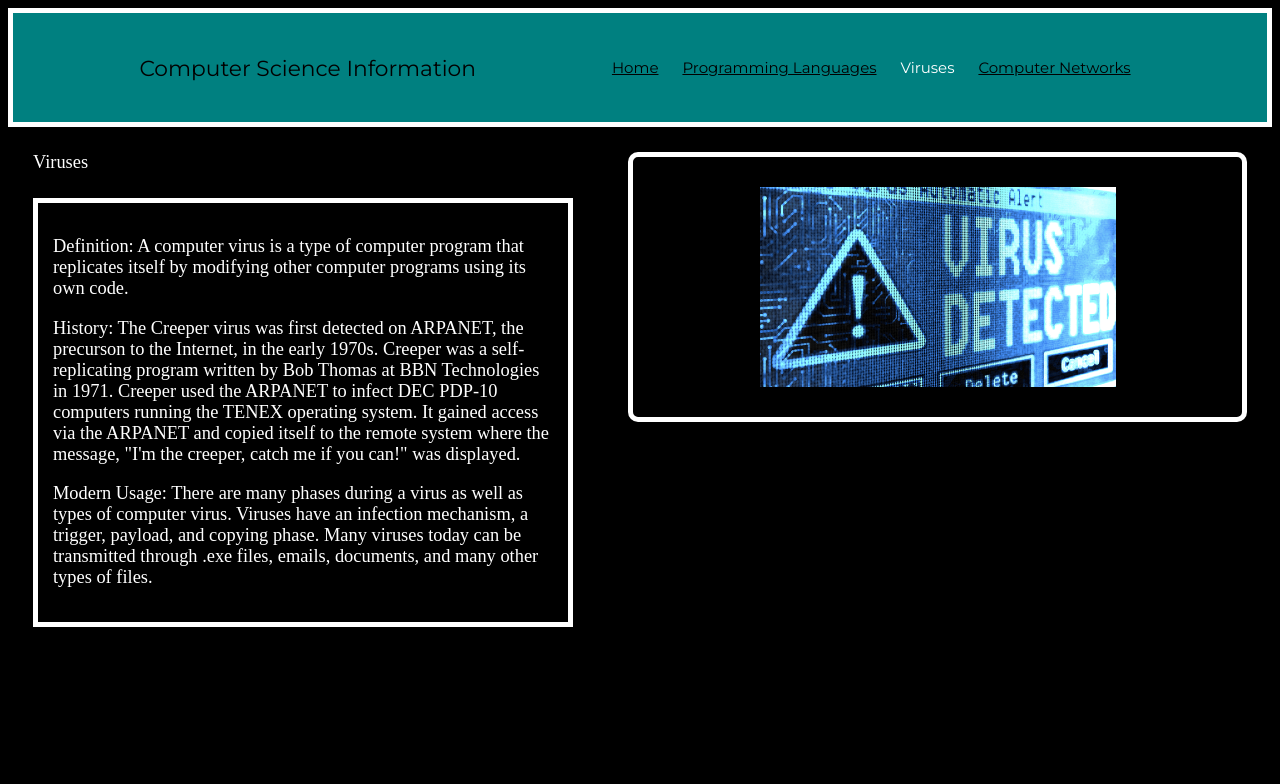
Repository: ElijahHallera/336-Internet-Prog
Page: cst336_spring2020Assignment1-master/cst336_spring2020Assignment1-master/HalleraAssignment1/environment/Viruses.html
The author's editor kept a record of every edit. The page is drawn from the files as they stood at one moment, then again after the next edit.
The browser window is 1280 px wide. The pictures show the whole page.

Above is the page before.

### cst336_spring2020Assignment1-master/cst336_spring2020Assignment1-master/HalleraAssignment1/environment/Viruses.html
<!DOCTYPE html>
<html>
    <head>
        <meta charset = "utf-8" />
        <title> Computer Science Information </title>
        <link href="css/design.css" rel="stylesheet" type = "text/css" />
        <link href="https://fonts.googleapis.com/css?family=Montserrat:400,500&display=swap" rel="stylesheet">
    </head>

    <body>
        <header>
            <name1> Computer Science Information </name1>
            <nav>
                <ul>
                    <li> <a href = "Home.html" > Home </a> </li>
                    <li> <a href = "ProgLang.html"> Programming Languages </a> </li>
                    <li> <a href = "Viruses.html" id = "currentPage"> Viruses </a> </li>
                    <li> <a href = "CompNet.html"> Computer Networks </a> </li>
                </ul>
            </nav>
        </header>

    <figure class = flex-container>
        <img src = "images/VIRUSPHOTO.png" alt = "virus photo" id = "homePhotos">
    </figure>

    <main>
    <p id = "PLhead">Viruses</p2>
    </main>

    <main id = "PLmain">
        <p>Definition: A computer virus is a type of computer program that replicates itself by modifying other computer programs using its own code.</p>
        <p>History: The Creeper virus was first detected on ARPANET, the precurson to the Internet, in the early 1970s.
        Creeper was a  self-replicating program written by Bob Thomas at BBN Technologies in 1971.
        Creeper used the ARPANET to infect DEC PDP-10 computers running the TENEX operating system.
        It gained access via the ARPANET and copied itself to the remote system where the message, "I'm the creeper, catch me if you can!" was displayed.</p>
        <p>Modern Usage: There are many phases during a virus as well as types of computer virus.
        Viruses have an infection mechanism, a trigger, payload, and copying phase.
        Many viruses today can be transmitted through .exe files, emails, documents, and many other types of files.</p>
    </main>

    <main>
        <p><a href = "https://en.wikipedia.org/wiki/Computer_virus#Operations_and_functions" id = "sourceText"> Source: https://en.wikipedia.org/wiki/Computer_virus#Operations_and_functions </a></p>
    </main>

    </br>
    </br>

     <footer>
        <font size = "3.5">
        CST 336. 2020&copy; Hallera <br />
        <strong>Disclaimer:</strong> This
        It is used for academic purposes only. <br />
        </font>
        <br />

    </footer>

    </body>

</html>

### cst336_spring2020Assignment1-master/cst336_spring2020Assignment1-master/HalleraAssignment1/environment/css/design.css
body {
    background-color: black;
}

header {
    position: sticky; /* used new feature we learned in class which is position */
    top: 0;
    background-color: teal;
    font-family: "Montserrat", sans-serif;
    font-size: 15px;
    display: flex;
    justify-content: space-between;
    align-items: center;
    padding: 30px 10%;
    border: 5px solid white;
}

main {
    color: white;
    text-align: left;
}

name1 {
    font-size: 1.45em;
}

nav li:hover{ /*pseudo class*/
    font-size: 1.10em;
    transition: .9s; /* transition effect */
}

li {
    list-style: none; /*gets rid of bullet points*/
    display: inline-block; /* allows me to get horizontal tabs */
    padding-left: 10px;
    padding-right: 10px;
}

a { /* links within "nav" container */
    font-size: 1em;
    color: black; /* by default, links are blue */
    border-radius: 15px;
    justify-content: space-between;
}

#currentPage {
    font-size: 1em;
    text-decoration: none; /* removes underline */
    color: white; /* by default, links are blue */
}

#welcomeText{
    color: white;
    font-size: 25px;
    text-align: center;
    bottom: 10px;
}

#boxModel {
  width: 1185px;
  length: 600px;
  border: 5px solid white;
  padding: 25px;
  margin: 0px; /* I want my box aligned with welcomeText and NavBar */
  text-align: center;
  font-size: 1.15em;
}

ol, li2 {
    display: block;
    padding: 10px;
}

.flex-container{
  display: flex;
  float: right;
  justify-content: space-between;
  padding: 30px 10%;
  border: 5px solid white;
  border-radius: 10px;
  margin: 25px;
}

#testingIMG{
    position: relative;
    top: 0px;
    right: 0px;
}

#PLmain{
  width: 500px;
  length: 500px;
  border: 5px solid white;
  padding: 15px;
  margin: 25px; /* I want my box aligned with welcomeText and NavBar */
  text-align: left;
  font-size: 1.15em;
}

#PLhead{
  font-size: 1.15em;
  margin: 25px;
}

After the next edit:
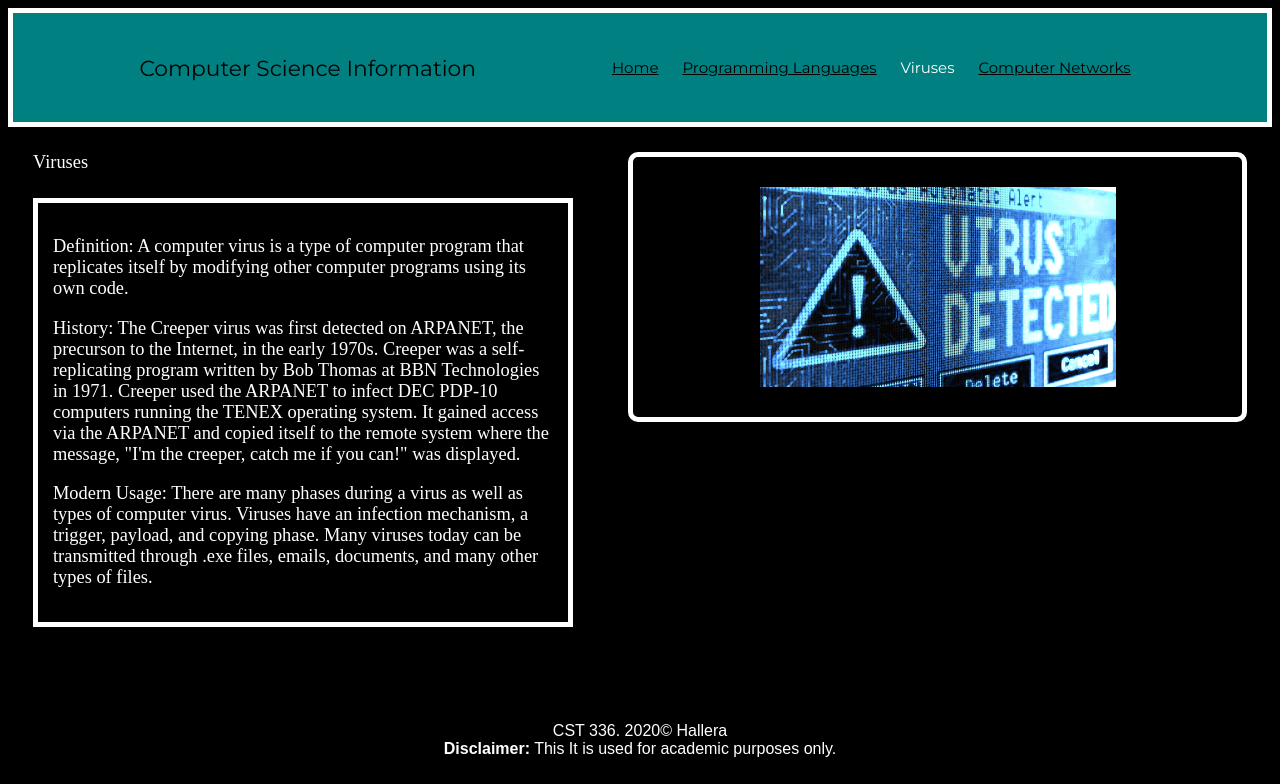
The edit:
--- a/cst336_spring2020Assignment1-master/cst336_spring2020Assignment1-master/HalleraAssignment1/environment/css/design.css
+++ b/cst336_spring2020Assignment1-master/cst336_spring2020Assignment1-master/HalleraAssignment1/environment/css/design.css
@@ -101,3 +101,10 @@
   font-size: 1.15em;
   margin: 25px;
 }
+
+footer {
+    clear: left;
+    text-align: center;
+    font-family: 'Source Sans Pro', sans-serif;
+    color: white;
+}
